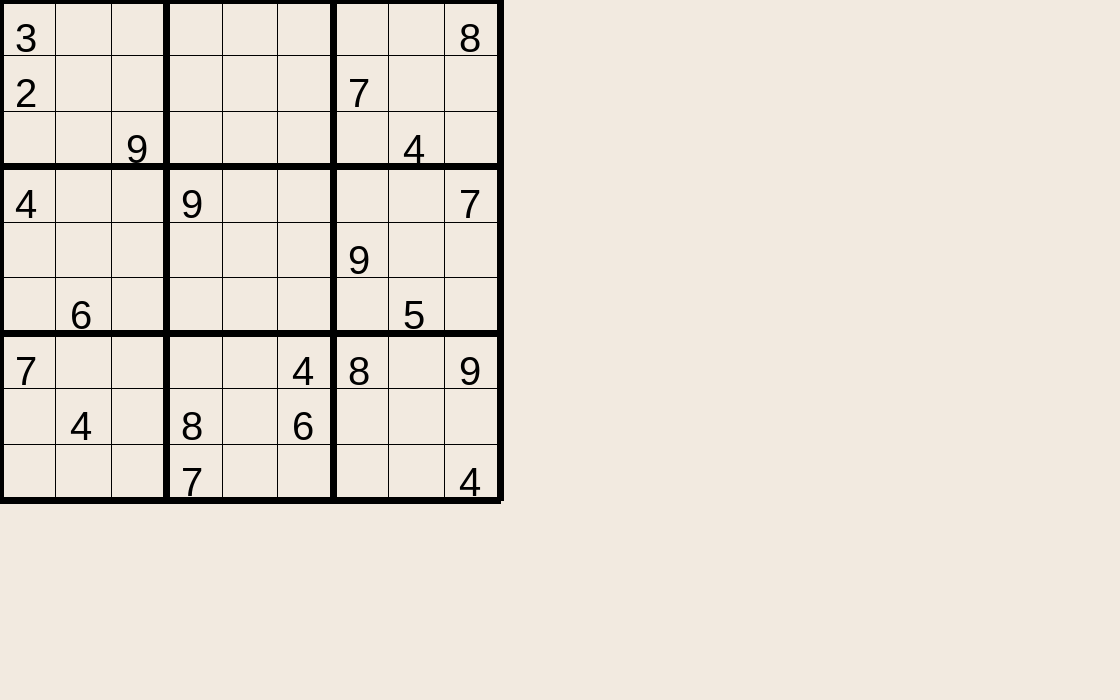
Repository: JensVL96/Puzzle-solver-for-fun
Script's output: python sudoku.py
These files come from the project's save history. The script's output is drawn as it stood at one moment and after the next save; the edit follows.
The window is shown after at most 60 frames with no key pressed. A system font it names is replaced by a similar one. Random numbers start from a fixed seed.

Above is the script's output before, as saved 2020-10-30 01:25:02.

### sudoku.py
# -*- coding: utf-8 -*-
from __future__ import print_function
import pygame as pg
from random import sample
from config import *
from string import *
import numpy as np

dif = BOX_SIZE / 9
def get_cord(pos):
    global x
    x = pos[0]//dif
    global y
    y = pos[1]//dif

class create_board():
    def __init__(self):
        self.base  = 3  # Will generate any size of random sudoku board in O(n^2) time
        self.side  = self.base * self.base
        self.nums  = sample(range(1, self.side + 1), self.side) # random numbers
        self.board = [[self.nums[(self.base * (r%self.base) + r//self.base + c)%self.side] for c in range(self.side) ] for r in range(self.side)]
        rows  = [ r for g in sample(range(self.base),self.base) for r in sample(range(g * self.base,(g + 1) * self.base), self.base) ]
        cols  = [ c for g in sample(range(self.base),self.base) for c in sample(range(g * self.base,(g + 1) * self.base), self.base) ]
        self.board = [[self.board[r][c] for c in cols] for r in rows]

        # print("\nInput:")
        # for line in self.board: print(line)

        squares = self.side * self.side
        empties = squares * 3//4
        for p in sample(range(squares),empties):
            self.board[p//self.side][p%self.side] = 0

        self.lines()

    def expandLine(self, line):
        return line[0]+line[5:9].join([line[1:5]*(self.base-1)]*self.base)+line[9:13]

    def lines(self):
        self.line0  = self.expandLine("╔═══╤═══╦═══╗")
        self.line1  = self.expandLine("║ . │ . ║ . ║")
        self.line2  = self.expandLine("╟───┼───╫───╢")
        self.line3  = self.expandLine("╠═══╪═══╬═══╣")
        self.line4  = self.expandLine("╚═══╧═══╩═══╝")

        self.draw()

    def draw(self):
        symbol = " 1234567890ABCDEFGHIJKLMNOPQRSTUVWXYZ"
        self.nums   = [ [""]+[symbol[n] for n in row] for row in self.board ]
        print(self.line0)
        for r in range(1,self.side+1):
            print( "".join(n+s for n,s in zip(self.nums[r-1],self.line1.split("."))) )
            print([self.line2,self.line3,self.line4][(r%self.side==0)+(r%self.base==0)])

class solve_board():
    def __init__(self, board):
        self.row = []
        self.col = []
        self.cell = []
        self.row_list = []
        self.col_list = []
        self.cell_list = []

        for space in range(9):
            self.col.append([])
            self.cell.append([])

        row_idx = 0
        for line in board:

            self.row.append(line)

            cell_idx = 0
            if row_idx >= 3:
                cell_idx = 3
            if row_idx >= 6:
                cell_idx = 6


            for col_idx in range(9):

                self.col[col_idx].insert(row_idx, line[col_idx])

                if col_idx % 3 == 0:
                    for triple in range(0, 3):
                        self.cell[cell_idx].insert(len(self.cell[row_idx]) + triple, line[col_idx + triple])
                    cell_idx += 1

            self.row_list.append(self.row)
            self.col_list.append(self.col)
            self.cell_list.append(self.cell)
            row_idx += 1

        print("\nrow:")
        for row in self.row_list[0]:
            print(row)
        # print("\ncolumn:")
        # for col in self.col_list[0]:
        #     print(col)
        # print("\ncell:")
        # for cell in self.cell_list[0]:
        #     print(cell)

    def assign_flags(self, board):
        self.flags = []
        row_idx = 0
        cell_idx = 0

        print("\n")
        for line in board:
            cell_idx = 0
            if row_idx >= 3:
                cell_idx = 3
            if row_idx >= 6:
                cell_idx = 6

            for index in range(9):
                # print("position: ", index, "value: ", line[index])

                # print("row", row_idx, "col", index, "cell", cell_idx)
                if (index % 3 == 0 and index != 0):
                    cell_idx += 1

                if line[index] == 0:
                    flag_idx = 0
                    temp_flag = []
                    for value in range(1, 10):
                        # print(value)
                        if self.row_flag(value, row_idx):
                            # print("found in row")
                            pass
                        elif self.col_flag(value, index):
                            # print("found in column")
                            pass
                        elif self.cell_flag(value, cell_idx):
                            # print("found in cell")
                            pass
                        else:
                            temp_flag.append(value)
                            flag_idx += 1
                    print(temp_flag)
                    self.flags.append(temp_flag)
            row_idx += 1

    def check_row(self):
        pass

    def column(self, x):
        pass

    def cell(self, row, col):
        pass

    def row_flag(self, index, row_idx):
        for row in self.row_list[0][row_idx]:
            # print("comparing in row ", row, "with ", index, "row_idx ", row_idx)
            if row == index:
                return 1
        return 0

    def col_flag(self, index, col_idx):
        for col in self.col_list[0][col_idx]:
            # print("comparing in column ", col, "with ", index, "col_idx ", col_idx)
            if col == index:
                return 1
        return 0

    def cell_flag(self, index, cell_idx):
        for cell in self.cell_list[0][cell_idx]:
            # print("comparing in cell ", cell, "with ", index, "cell_idx ", cell_idx)
            if cell == index:
                return 1
        return 0


class Display_board():
    def __init__(self, screen):
        self.screen = screen
        self.font1 = pg.font.SysFont("comicsans", 40)
        self.dif = 500 / 9

    def draw_val(self, val):
        text1 = self.font1.render(str(val), 1, BLACK)
        self.screen.blit(text1, (x * dif + 15, y * dif + 15))

    def on_mouse_press(self, x, y, symbol, modifier):
        pass

    def draw(self, grid):
        for i in range (9):
            for j in range (9):
                if grid[i][j] != 0:

                    text1 = self.font1.render(str(grid[i][j]), 1, BLACK)
                    self.screen.blit(text1, (i * self.dif + 15, j * self.dif + 15))

        for i in range(10):
            if i %3 == 0:
                thick = 7
            else:
                thick = 1
            pg.draw.line(self.screen, BLACK, (0, i * self.dif), (500, i * self.dif), thick)
            pg.draw.line(self.screen, BLACK, (i * self.dif, 0), (i * self.dif, 500), thick)



    def draw_box(self):
        pg.draw.rect(self.screen, BLACK, (  (SCREEN_WIDTH / 2) - (BORDER_SIZE / 2),
                                            (SCREEN_HEIGHT / 2) - (BORDER_SIZE / 2),
                                            BORDER_SIZE,
                                            BORDER_SIZE))
        pg.draw.rect(self.screen, WHITE, (  (SCREEN_WIDTH / 2) - (BOX_SIZE / 2),
                                            (SCREEN_HEIGHT / 2) - (BOX_SIZE / 2),
                                            BOX_SIZE,
                                            BOX_SIZE))

    def update(self, dt):
        pass


class Main():
    def __init__(self):
        self.board = []
        self.run()

    def run(self):
        pg.init()
        self.screen = pg.display.set_mode(SCREEN_RES)
        pg.display.set_caption('Sudoku solver')

        display = Display_board(self.screen)

        flag1 = 0
        val = 0

        self.board = create_board().board
        while 1:
            for event in pg.event.get():
                if event.type == pg.QUIT or (event.type == pg.KEYDOWN and event.key == pg.K_ESCAPE):
                    exit()
                if event.type == pg.MOUSEBUTTONDOWN:
                    flag1 = 1
                    pos = pg.mouse.get_pos()
                if event.type == pg.KEYDOWN:
                    if event.key == pg.K_1:
                        val = 1
                    if event.key == pg.K_2:
                        val = 2
                    if event.key == pg.K_3:
                        val = 3
                    if event.key == pg.K_4:
                        val = 4
                    if event.key == pg.K_5:
                        val = 5
                    if event.key == pg.K_6:
                        val = 6
                    if event.key == pg.K_7:
                        val = 7
                    if event.key == pg.K_8:
                        val = 8
                    if event.key == pg.K_9:
                        val = 9

            if val != 0:
                display.draw_val(val)

                if valid(grid, int(x), int(y), val) == True:
                    grid[int(x)][int(y)] = val
                else:
                    grid[int(x)][int(y)] = 0
                    raise_error2()
                val = 0

            pg.draw.rect(self.screen, BLACK, (0, 0, self.screen.get_width(), self.screen.get_height()))
            self.screen.fill(BEIGE)

            display.draw(self.board)
            # display.draw_box()

            pg.display.update()


        self.solution = solve_board(self.board)

        self.solution.assign_flags(self.board)

if __name__ == '__main__':
    Main()

### config.py


#   Screen info
SCREEN_HEIGHT = 700
SCREEN_WIDTH = int(SCREEN_HEIGHT * 1.6)
SCREEN_RES = (SCREEN_WIDTH, SCREEN_HEIGHT)

#   Colours
BLACK = (0,0,0)
GREY = (50,50,50)
GREEN = (0,255,0)
WHITE = (255,255,255)
BEIGE = (242,234,224)

# Box info
BORDER_SIZE = 420
BOX_SIZE = 410

After the next save:
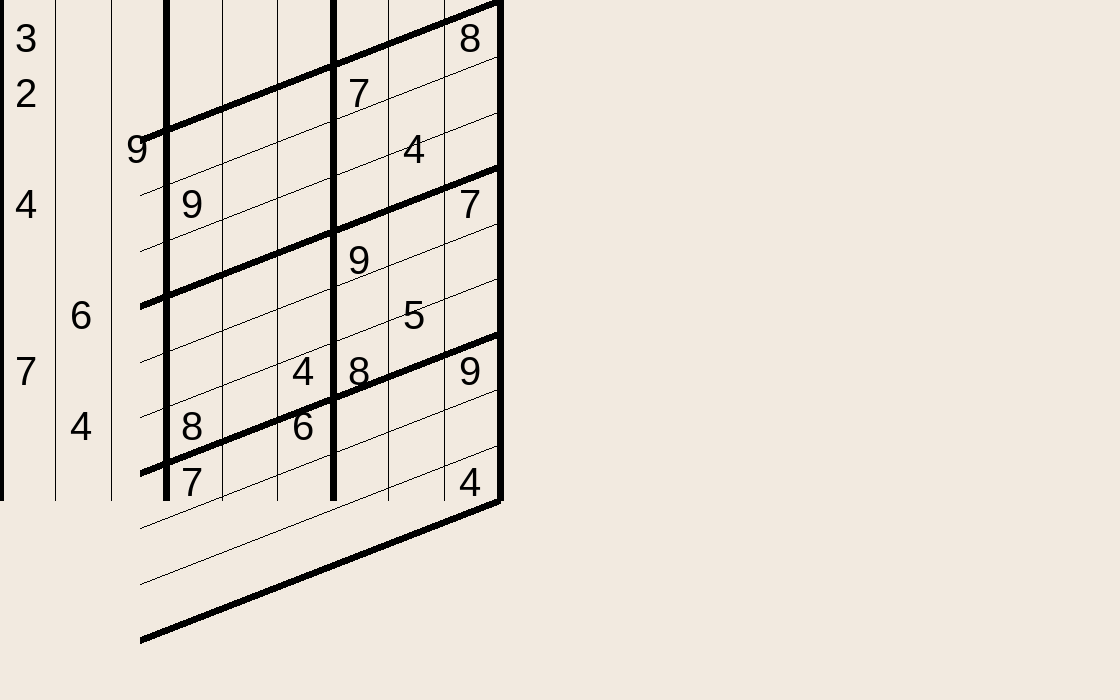
Saved 2 min 31 s later.
--- a/sudoku.py
+++ b/sudoku.py
@@ -200,7 +200,7 @@
                 thick = 7
             else:
                 thick = 1
-            pg.draw.line(self.screen, BLACK, (0, i * self.dif), (500, i * self.dif), thick)
+            pg.draw.line(self.screen, BLACK, (140, 140+i * self.dif), (500, i * self.dif), thick)
             pg.draw.line(self.screen, BLACK, (i * self.dif, 0), (i * self.dif, 500), thick)
 
 
